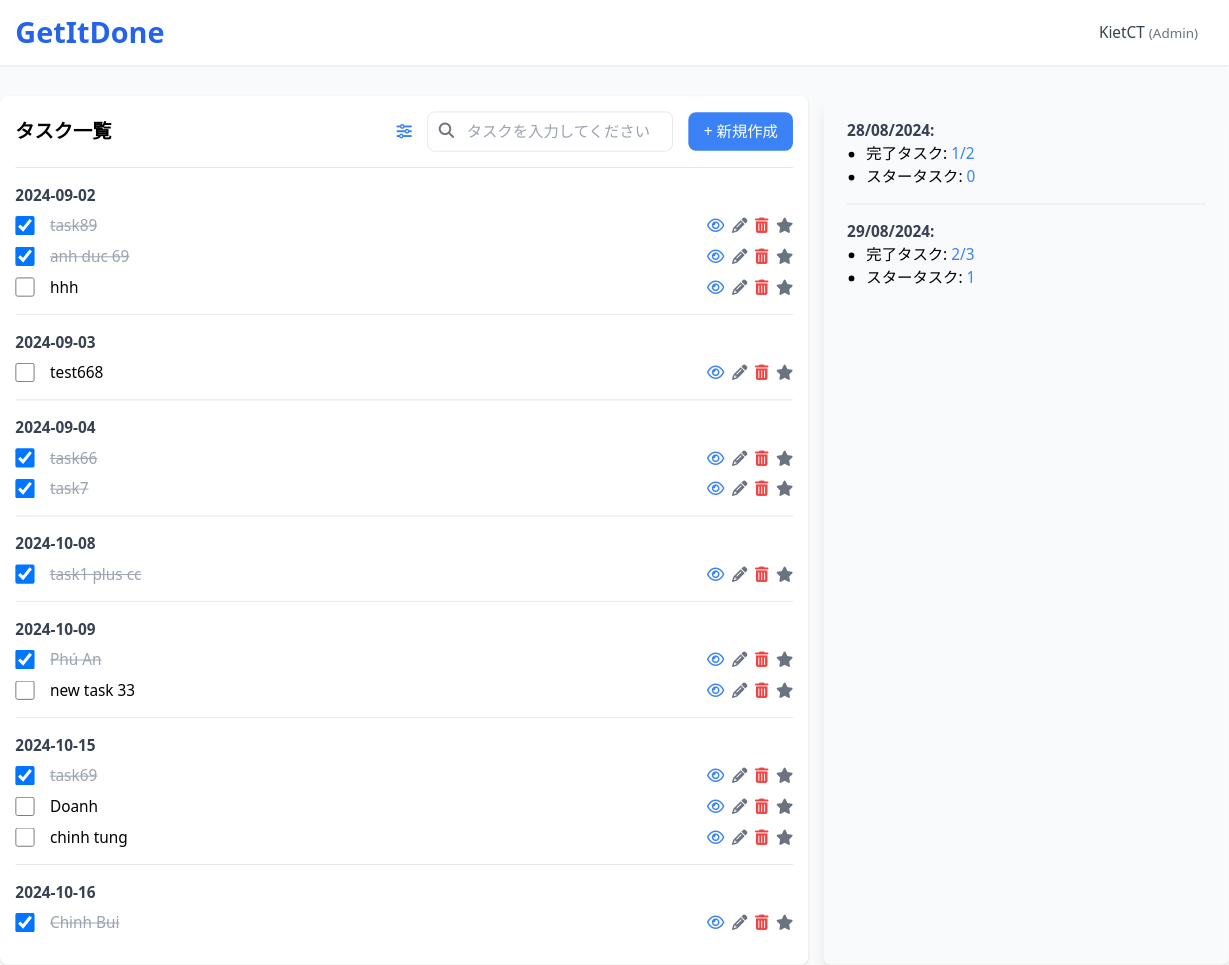
Repository: TuanAnhNguyen723/todolist
Page: http://localhost/mainscreen/mainscreen.php
The author's editor kept a copy of each file at every save. The page is drawn from the files as they stood at one save, then again after the next save.
The browser window is 1280 px wide. The pictures show the whole page, at 96% of full size.
Some web libraries are served in a nearby version. The page is run by PHP 8.4 with error messages shown; the project is at /var/www/html/. The database holds what the project's SQL file puts in it.

Above is the page before, as saved 2024-09-30 16:25:17.

After the next save:
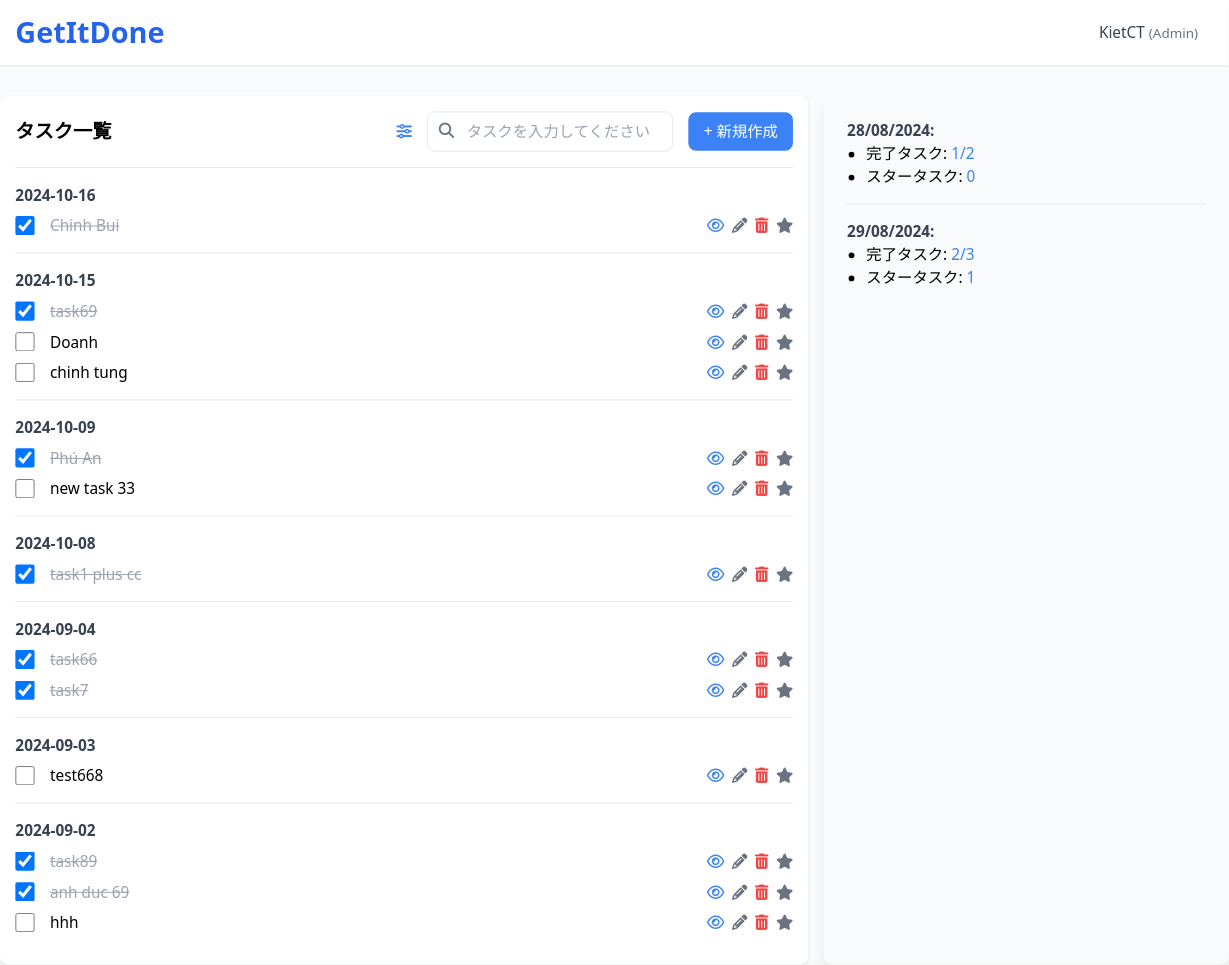
Saved 4 min 58 s later.
--- a/mainscreen/mainscreenController.php
+++ b/mainscreen/mainscreenController.php
@@ -150,7 +150,7 @@
 }
 
 // Truy vấn tất cả các nhiệm vụ từ bảng task và sắp xếp theo time_start
-$sql = "SELECT * FROM task ORDER BY time_start ASC";
+$sql = "SELECT * FROM task ORDER BY time_start DESC";
 $result = $conn->query($sql);
 
 $tasks_by_date = [];

After the 3 saves that followed:
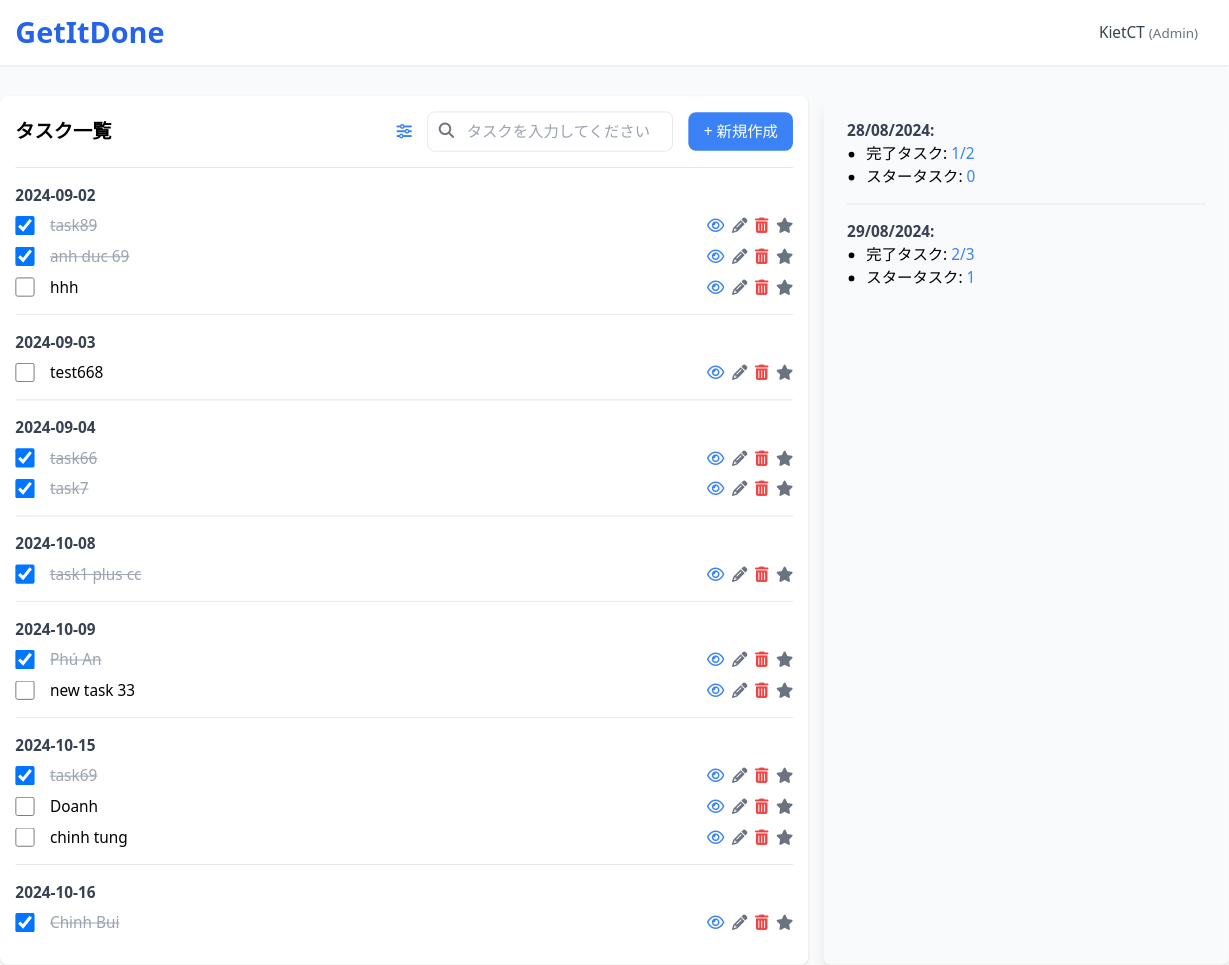
The 3 saves are shown as one change because 2 left the picture as it was.
The last was saved 6 min 30 s later.
--- a/mainscreen/mainscreenController.php
+++ b/mainscreen/mainscreenController.php
@@ -121,7 +121,6 @@
     }
 }
 
-// Xử lý yêu cầu lấy thông tin task theo task_id
 if (isset($_GET['task_id'])) {
     $task_id = intval($_GET['task_id']); // Đảm bảo task_id là số nguyên hợp lệ
 
@@ -138,6 +137,7 @@
     $result = $stmt->get_result();
 
     if ($result->num_rows > 0) {
+        // Trả về duy nhất một task có task_id đã click
         $task = $result->fetch_assoc();
         echo json_encode($task); // Trả về dữ liệu JSON
     } else {
@@ -149,8 +149,9 @@
     exit();
 }
 
+
 // Truy vấn tất cả các nhiệm vụ từ bảng task và sắp xếp theo time_start
-$sql = "SELECT * FROM task ORDER BY time_start DESC";
+$sql = "SELECT * FROM task ORDER BY time_start ASC";
 $result = $conn->query($sql);
 
 $tasks_by_date = [];
--- a/mainscreen/mainscreen.js
+++ b/mainscreen/mainscreen.js
@@ -1,53 +1,53 @@
 document.addEventListener("DOMContentLoaded", () => {
-  // Gán sự kiện click cho tất cả các icon chỉnh sửa (pencil)
-  document.querySelectorAll(".edit-task-button").forEach((editButton) => {
-    editButton.addEventListener("click", function (event) {
-      event.preventDefault();
-
-      // Lấy task_id trực tiếp từ thuộc tính data-task-id của nút bút chỉnh sửa
-      const taskId = this.getAttribute("data-task-id");
-
-      console.log("Task ID clicked: ", taskId); // Kiểm tra task_id khi click
-
-      // Hiển thị modal chỉnh sửa và tải dữ liệu từ server
-      showTaskEditModal(taskId);
-    });
-  });
-
-// Hàm để hiển thị modal chỉnh sửa với dữ liệu từ server
-function showTaskEditModal(taskId) {
-    // Ẩn form trong quá trình chờ dữ liệu
-    document.querySelector("form").classList.add("hidden");
-
-    // Thêm timestamp để ngăn trình duyệt lưu cache
-    const timestamp = new Date().getTime();
-
-    // Gửi yêu cầu AJAX để lấy thông tin task từ server dựa trên task_id
-    fetch(`mainscreenController.php?task_id=${taskId}&_=${timestamp}`)
-        .then((response) => response.json())
-        .then((task) => {
-            // Kiểm tra nếu task_id từ dữ liệu trả về khớp với task_id đã click
-            if (task.task_id == taskId) {
-                console.log("Fetched task data: ", task); // Kiểm tra dữ liệu trả về từ server
-
-                // Điền thông tin của task vào modal
-                document.querySelector("input[name='edit_task_id']").value = task.task_id;
-                document.querySelector("input[name='edit_title']").value = task.title;
-                document.querySelector("textarea[name='edit_description']").value = task.description;
-                document.querySelector("input[name='edit_time_start']").value = task.time_start;
-                document.querySelector("input[name='edit_time_end']").value = task.time_end;
-
-                // Hiển thị form và modal sau khi dữ liệu đã sẵn sàng
-                document.querySelector("form").classList.remove("hidden");
-                document.getElementById("taskEditModal").classList.remove("hidden");
-            } else {
-                console.error("Task ID mismatch! Expected:", taskId, "Received:", task.task_id);
-            }
-        })
-        .catch((error) => {
-            console.error("Error fetching task data:", error);
-        });
-}
+    // Gán sự kiện click cho tất cả các icon chỉnh sửa (pencil)
+    document.querySelectorAll(".edit-task-button").forEach((editButton) => {
+      editButton.addEventListener("click", function (event) {
+        event.preventDefault();
+
+        // Lấy task_id trực tiếp từ thuộc tính data-task-id của nút bút chỉnh sửa
+        const taskId = this.getAttribute("data-task-id");
+
+        console.log("Task ID clicked: ", taskId); // Kiểm tra task_id khi click
+
+        // Hiển thị modal chỉnh sửa và tải dữ liệu từ server
+        showTaskEditModal(taskId);
+      });
+    });
+
+    // Hàm để hiển thị modal chỉnh sửa với dữ liệu từ server
+    function showTaskEditModal(taskId) {
+      // Ẩn form trong quá trình chờ dữ liệu
+      document.querySelector("form").classList.add("hidden");
+
+      // Thêm timestamp để ngăn trình duyệt lưu cache
+      const timestamp = new Date().getTime();
+
+      // Gửi yêu cầu AJAX để lấy thông tin task từ server dựa trên task_id
+      fetch(`mainscreenController.php?task_id=${taskId}&_=${timestamp}`)
+          .then((response) => response.json())
+          .then((task) => {
+              // Kiểm tra nếu task_id từ dữ liệu trả về khớp với task_id đã click
+              if (task.task_id == taskId) {
+                  console.log("Fetched task data: ", task); // Kiểm tra dữ liệu trả về từ server
+
+                  // Điền thông tin của task vào modal
+                  document.querySelector("input[name='edit_task_id']").value = task.task_id;
+                  document.querySelector("input[name='edit_title']").value = task.title;
+                  document.querySelector("textarea[name='edit_description']").value = task.description;
+                  document.querySelector("input[name='edit_time_start']").value = task.time_start;
+                  document.querySelector("input[name='edit_time_end']").value = task.time_end;
+
+                  // Hiển thị form và modal sau khi dữ liệu đã sẵn sàng
+                  document.querySelector("form").classList.remove("hidden");
+                  document.getElementById("taskEditModal").classList.remove("hidden");
+              } else {
+                  console.error("Task ID mismatch! Expected:", taskId, "Received:", task.task_id);
+              }
+          })
+          .catch((error) => {
+              console.error("Error fetching task data:", error);
+          });
+    }
 
 
   // Hàm để thêm hoặc xóa gạch ngang trên task
